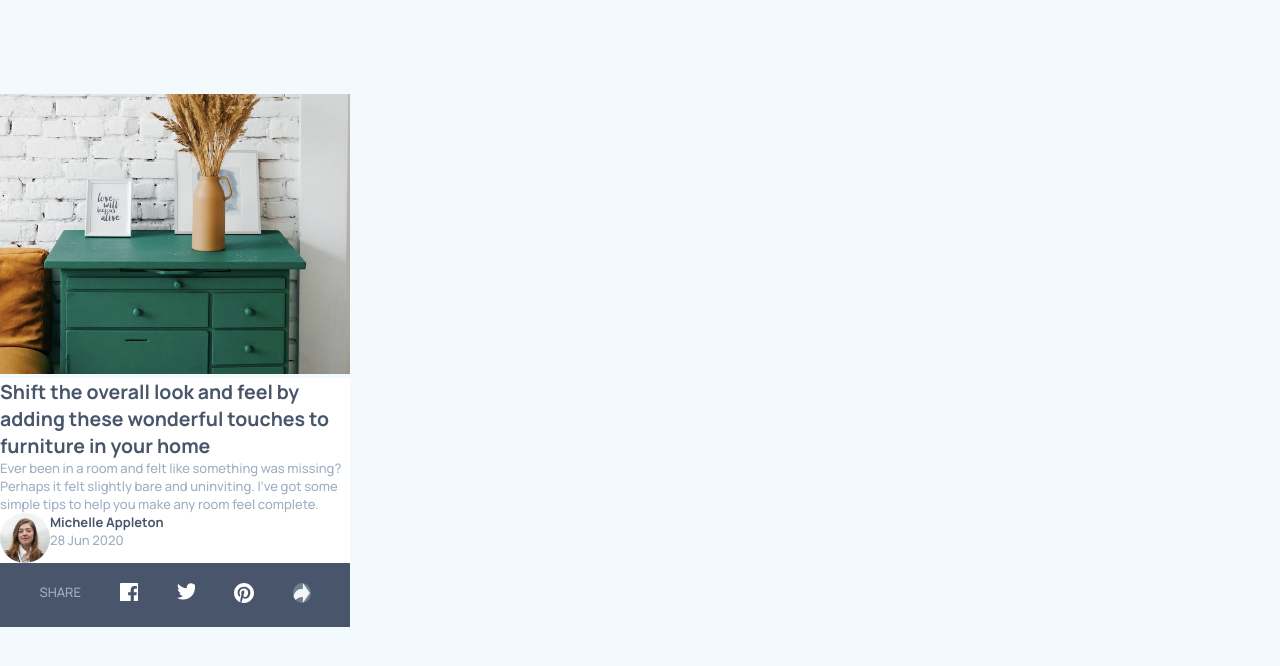
Repository: ellenliao95/frontend-mentor-solution
Page: article-preview-component-master/index.html
The author's editor kept a copy of each file at every save. The page is drawn from the files as they stood at one save, then again after the next save.
The browser window is 1280 px wide. The pictures show the whole page.

Above is the page before, as saved 2023-03-18 09:10:30.

After the next save:
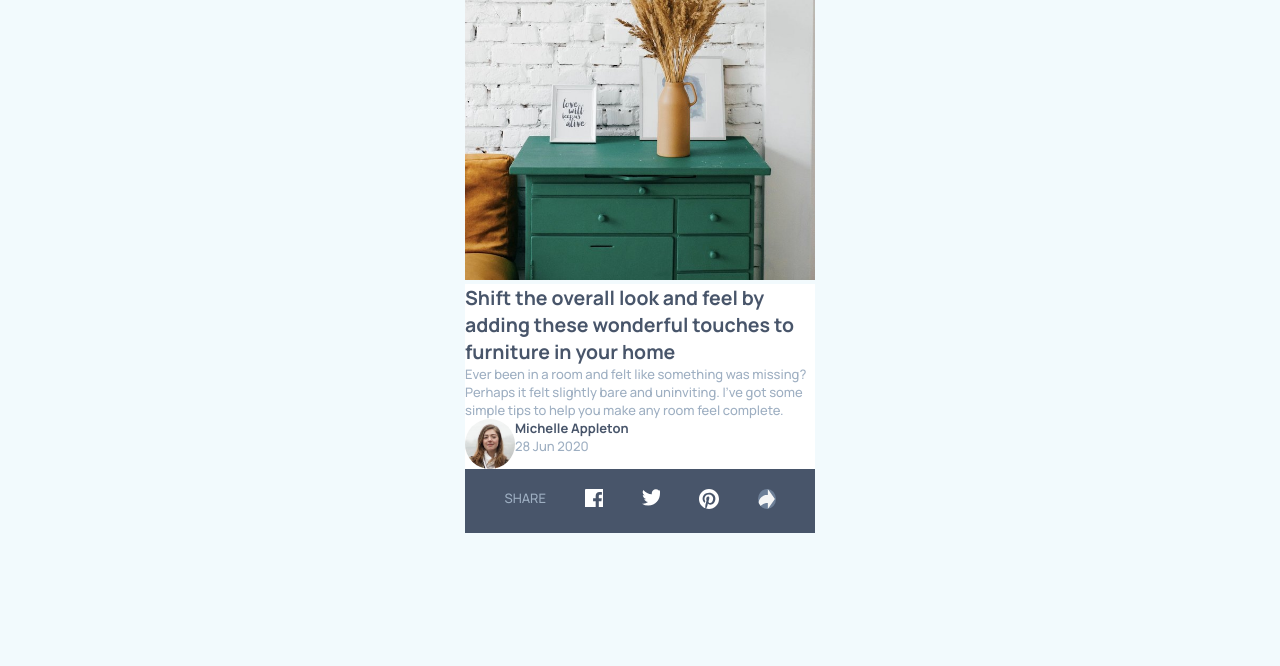
Saved 12 s later.
--- a/article-preview-component-master/index.css
+++ b/article-preview-component-master/index.css
@@ -19,8 +19,7 @@
     font-family: 'Manrope', sans-serif;
     width: 350px;
     align-items: center;
-
-    place-content:center;
+    margin: 0 auto;
 }
 ul{
     list-style: none;
